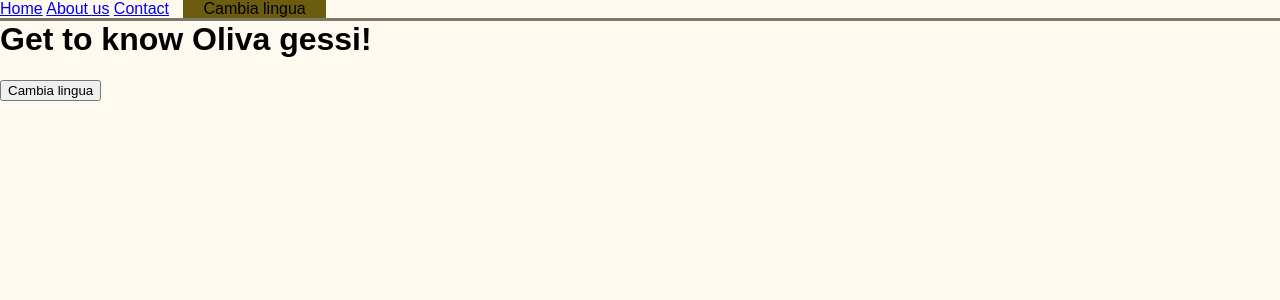
Repository: Seaside-Jokers/Oliva-gessi
Page: index.html
The author's editor kept a copy of each file at every save. The page is drawn from the files as they stood at one save, then again after the next save.
The browser window is 1280 px wide. The pictures show the whole page.

Above is the page before, as saved 2026-02-16 19:14:26.

After the next save:
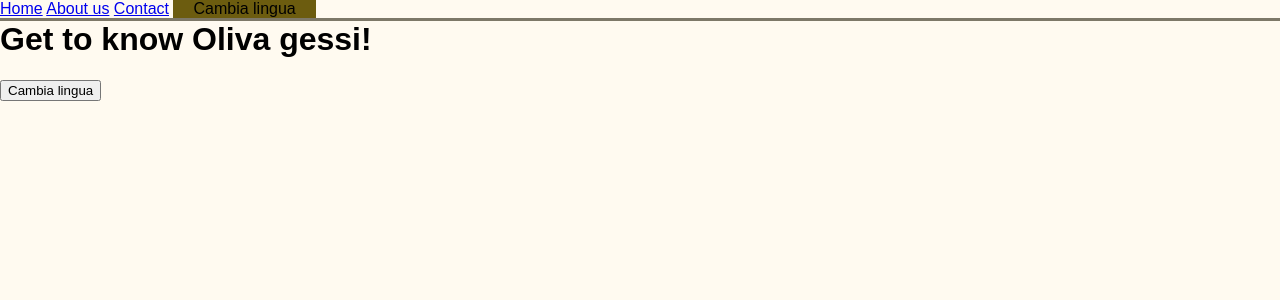
Saved 46 s later.
--- a/src/style.css
+++ b/src/style.css
@@ -21,6 +21,7 @@ body {
     cursor: pointer;
     font-size: 16px;
     margin: 10px;
+    margin-left: 0;
 }
 
 /*
